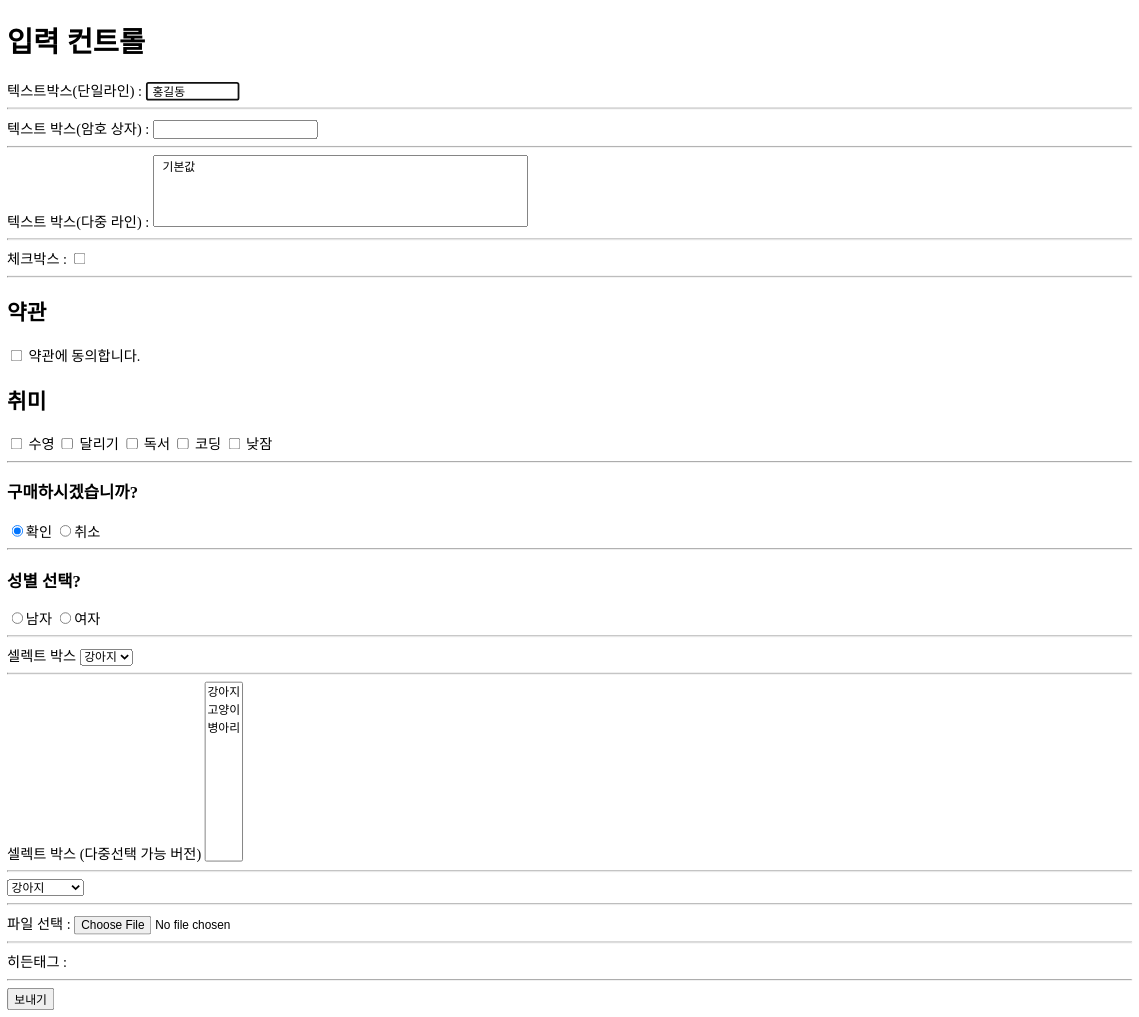
Repository: Hswwwww/WEB
Page: ClientTest/src/main/webapp/html/ex19_form.html
The author's editor kept a copy of each file at every save. The page is drawn from the files as they stood at one save, then again after the next save.
The browser window is 1280 px wide. The pictures show the whole page, at 89% of full size.

Above is the page before, as saved 2024-03-14 02:08:40.

After the next save:
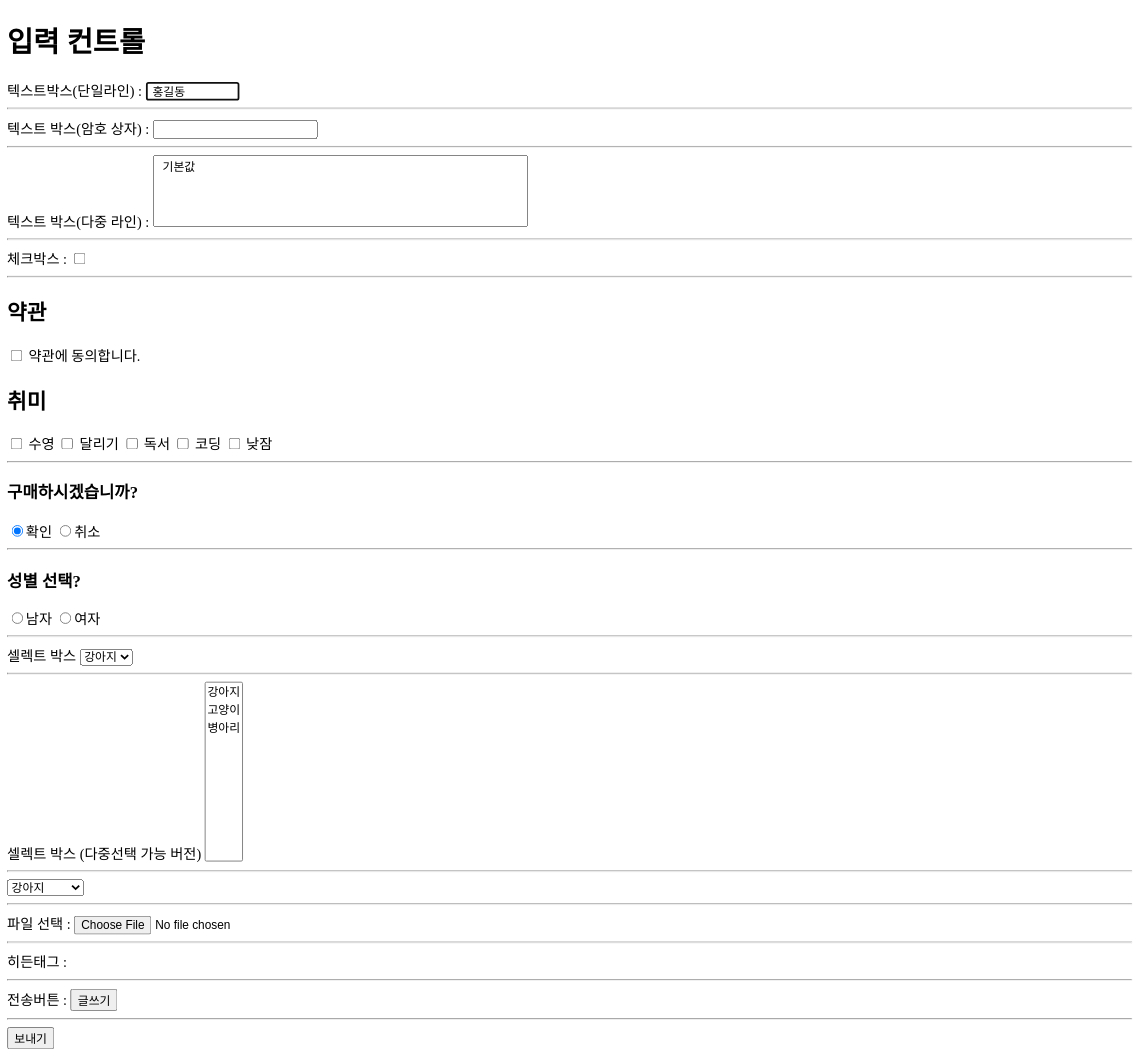
Saved 2 min 21 s later.
--- a/ClientTest/src/main/webapp/html/ex19_form.html
+++ b/ClientTest/src/main/webapp/html/ex19_form.html
@@ -195,6 +195,17 @@
 		히든태그 : <input type = "hidden" name = "id" value = "hong">
 
 		<hr>
+
+		<!--
+
+			버튼류
+
+
+		 -->
+
+		전송버튼 : <input type = "submit" value = "글쓰기">
+
+		<hr>
 		<input type = "submit" value = "보내기">
 
 	</form>
